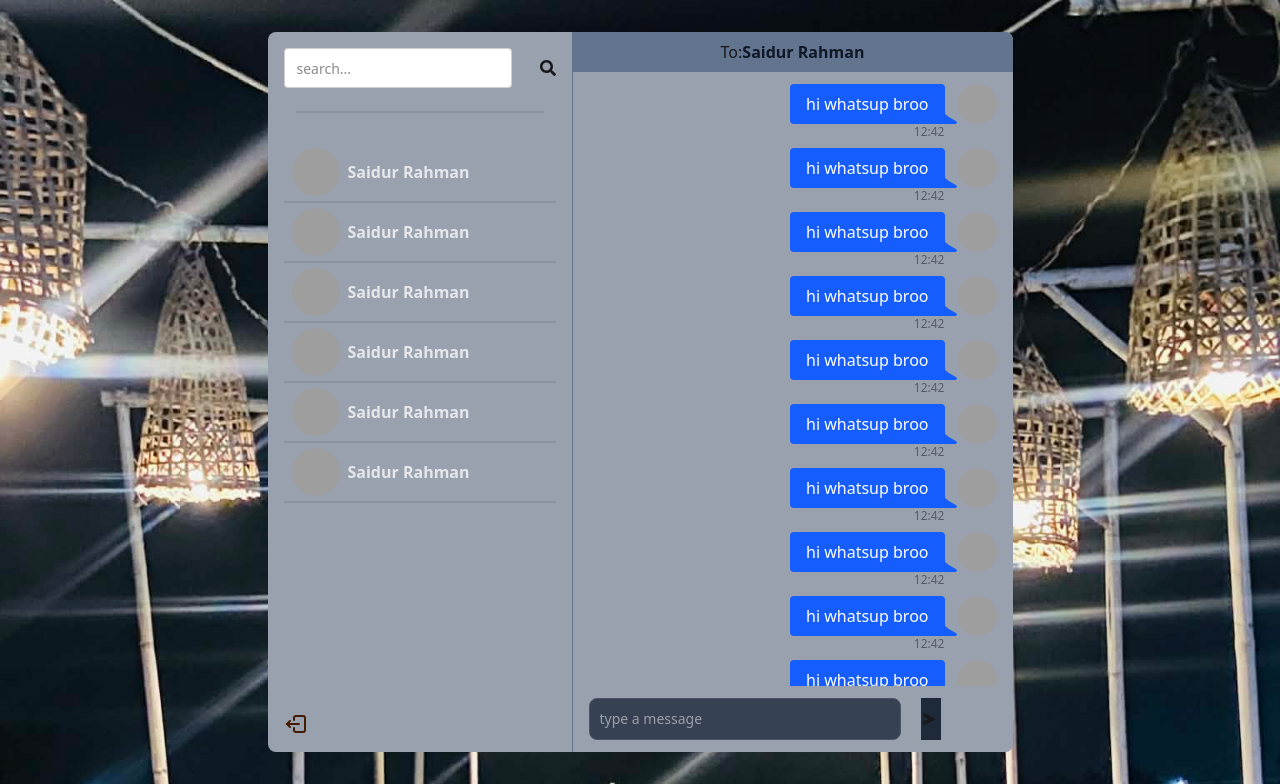
Repository: ridhukhan/chatapp
Page: / (app in frontend/)
The author's editor kept a copy of each file at every save. The page is drawn from the files as they stood at one save, then again after the next save.
The browser window is 1280 px wide. The pictures show the whole page.
Pictures or frames that could not be fetched are drawn as grey boxes. An inner scrolling area shows only its first screen. Backgrounds fixed to the window are drawn as part of the page. The project was rebuilt for these pictures with package versions that can differ from the ones it lists, and the page was loaded fresh each time. Also part of the build but not shown: frontend/vite.config.js, frontend/src/Pages/login/Login.jsx, frontend/src/Pages/signup/GendarCheckbox.jsx, frontend/src/Pages/signup/SignUp.jsx.

Above is the page before, as saved 2025-12-25 19:19:53.

### frontend/src/index.css
@import "tailwindcss";
@plugin "daisyui";


body{

background-image: url("/bg1.jpeg");
background-repeat: no-repeat;
background-size: cover;
background-position: center;
background-attachment: fixed;
}

### frontend/src/App.jsx

import './App.css'
import Home from './Pages/home/Home'
import Login from './Pages/login/Login'
import SignUp from './Pages/signup/SignUp'

function App() {

  return (
    <div className='p-4 h-screen flex items-center justify-center'>
<Home/>
    </div>
  )
}

export default App

### frontend/src/Pages/home/Home.jsx
import React from 'react'
import Sidebar from '../../Components/sidebar/Sidebar'
import MessageContainer from '../../Components/messages/MessageContainer'

const Home = () => {
  return (
    <div className='bg-gray-400 bg-clip-padding backdrop-filter backdrop-blur-lg bg-opacity-o  flex  rounded-lg overflow-hidden'>




      <Sidebar/>
      <MessageContainer/>
    </div>
  )
}

export default Home

### frontend/src/Components/sidebar/Sidebar.jsx
import React from 'react'
import SearchInput from './SearchInput'
import Conversations from './Conversations'
import Logoutbtn from './Logoutbtn'

const Sidebar = () => {
  return (
    <div className='border-r border-slate-500 p-4 flex flex-col'>
<SearchInput/>
<div  className='divider px-3'></div>
<Conversations/>


<Logoutbtn/>
    </div>
  )
}

export default Sidebar

### frontend/src/Components/messages/MessageContainer.jsx
import React from 'react'
import Messages from './Messages'
import MessageInput from './MessageInput'

const MessageContainer = () => {
  return (
    <div className='md:min-w-110 flex flex-col  h-screen'>


        <>
        <div className='bg-slate-500 px-4 py-2 mb-2'>
            <span className='label-text'>To:</span>
            <span className='text-gray-900 font-bold'>Saidur Rahman</span>
        </div>
        <Messages/>
        <MessageInput/>
        </>
    </div>
  )
}

export default MessageContainer

### frontend/src/Components/sidebar/SearchInput.jsx
import React from 'react'
import { FaSearch } from "react-icons/fa";
const SearchInput = () => {
  return (
    <form className='flex items-center gap-2'>
<input type='text' placeholder='search...' className='input input-bordered rouunded-full'/>
<button type="submit" className='ml-5 btn-circle'><FaSearch /></button>
    </form>
  )
}

export default SearchInput

### frontend/src/Components/sidebar/Conversations.jsx
import React from 'react'
import Conversation from './Conversation'

const Conversations = () => {
  return (
    <div className='py-2 flex flex-col overflow-auto'>

<Conversation/>
<Conversation/>
<Conversation/>
<Conversation/>
<Conversation/>
<Conversation/>


    </div>
  )
}

export default Conversations

### frontend/src/Components/sidebar/Logoutbtn.jsx
import React from 'react'
import { TbLogout2 } from "react-icons/tb";
const Logoutbtn = () => {
  return (
    <div className='mt-auto'>

<TbLogout2 className='w-6 h-6 text-amber-950 cursor-pointer'/>

    </div>
  )
}

export default Logoutbtn

### frontend/src/Components/messages/Messages.jsx
import React from 'react'
import Message from './Message'

const Messages = () => {
  return (
    <div className='  px-4 flex-1 overflow-y-auto'>

<Message/>
<Message/>
<Message/>
<Message/>
<Message/>
<Message/>
<Message/>
<Message/>
<Message/>
<Message/>
<Message/>
<Message/>
<Message/>
<Message/>
<Message/>
<Message/>
<Message/>
<Message/>







    </div>
  )
}

export default Messages

### frontend/src/Components/messages/MessageInput.jsx
import React from 'react'
import { BiSolidSend } from "react-icons/bi";
const MessageInput = () => {
  return (
    <form className='px-4 my-3'>

<div className='w-full flex'>
<input type="text" className='border text-sm rounded-lg block w-78 p-2.5 bg-gray-700 border-gray-600 text-white'
placeholder='type a message'/>

<button type='submit'className='ml-5  bg-gray-800 w-5 '>

<BiSolidSend />

</button>
</div>

    </form>
  )
}

export default MessageInput

### frontend/src/Components/sidebar/Conversation.jsx
import React from 'react'

const Conversation = () => {
  return (
    <>
<div className='flex gap-2 items-center hover:bg-sky-500 rounded p-2 py-1 cursor-pointer'>
<div className='avatar online'>
<div className='w-12 rounded-full'>
    <img src="https://cdn0.iconfinder.com/data/icons/communication-line-10/24/account_profile_user_contact_person_avatar_placeholder-512.png" alt="user avater" />
</div>
</div>
<div className='flex flex-col flex-1'>

    <div className='flex gap-3 justify-between'>
        <p className='font-bold text-gray-200'>Saidur Rahman</p>
        <span></span>
    </div>
</div>
</div>
<div className='divider my-0 py-0 h-1'/>


    </>
  )
}

export default Conversation

### frontend/src/Components/messages/Message.jsx
import React from 'react'

const Message = () => {
  return (
    <div className='chat chat-end'>

<div className='chat-image avatar'>
<div className='w-10 rounded-full'>
    <img src="https://cdn0.iconfinder.com/data/icons/communication-line-10/24/account_profile_user_contact_person_avatar_placeholder-512.png" alt="Tailwind css chat bubble component" />


</div>
</div>

    <div  className={'chat-bubble  text-white bg-blue-600'}>hi whatsup broo</div>
    <div  className={'chat-footer opacity-50 text-xs flex gap-1 items-center'}>12:42</div>


</div>
  )
}

export default Message

Loaded but not shown: frontend/index.html (common file); frontend/src/main.jsx (common file); frontend/src/App.css (common file)

After the next save:
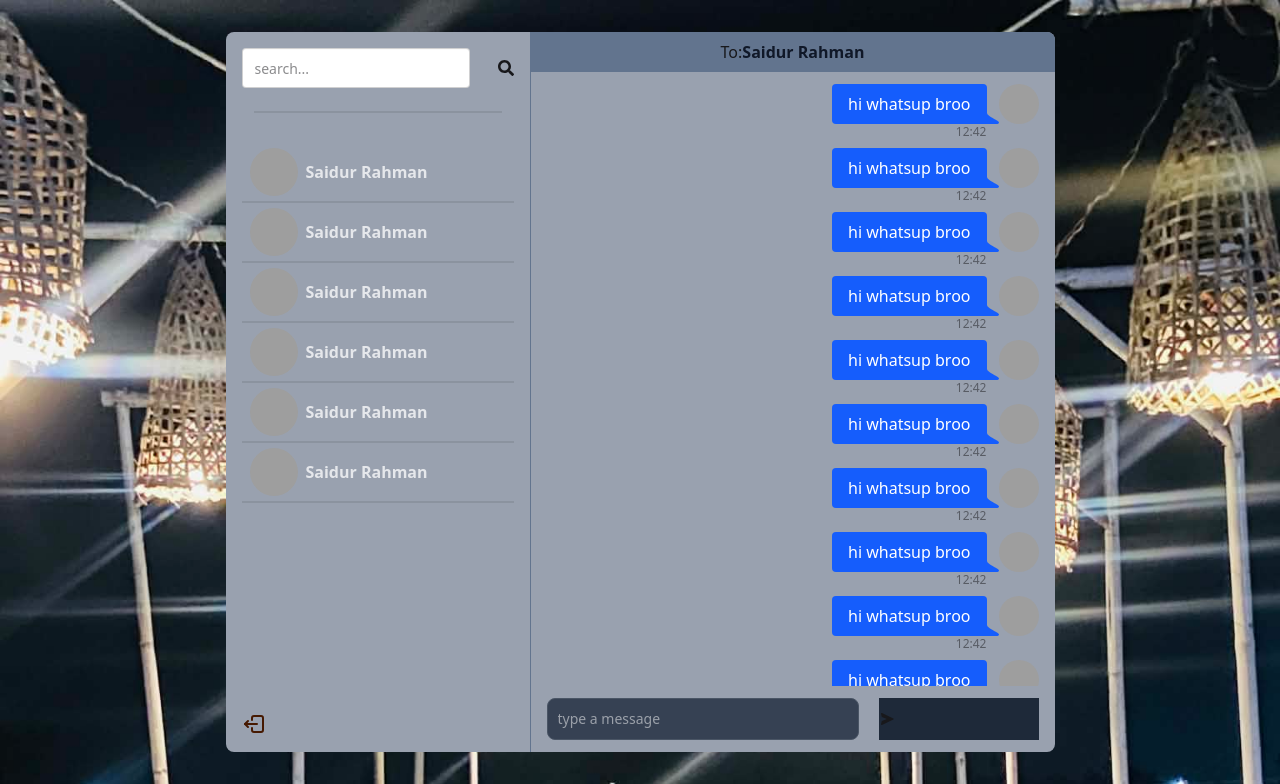
Saved 10 s later.
--- a/frontend/src/Components/messages/MessageInput.jsx
+++ b/frontend/src/Components/messages/MessageInput.jsx
@@ -8,7 +8,7 @@
 <input type="text" className='border text-sm rounded-lg block w-78 p-2.5 bg-gray-700 border-gray-600 text-white'
 placeholder='type a message'/>
 
-<button type='submit'className='ml-5  bg-gray-800 w-5 '>
+<button type='submit'className='ml-5  bg-gray-800 w-40 '>
 
 <BiSolidSend />
 

After the save that followed:
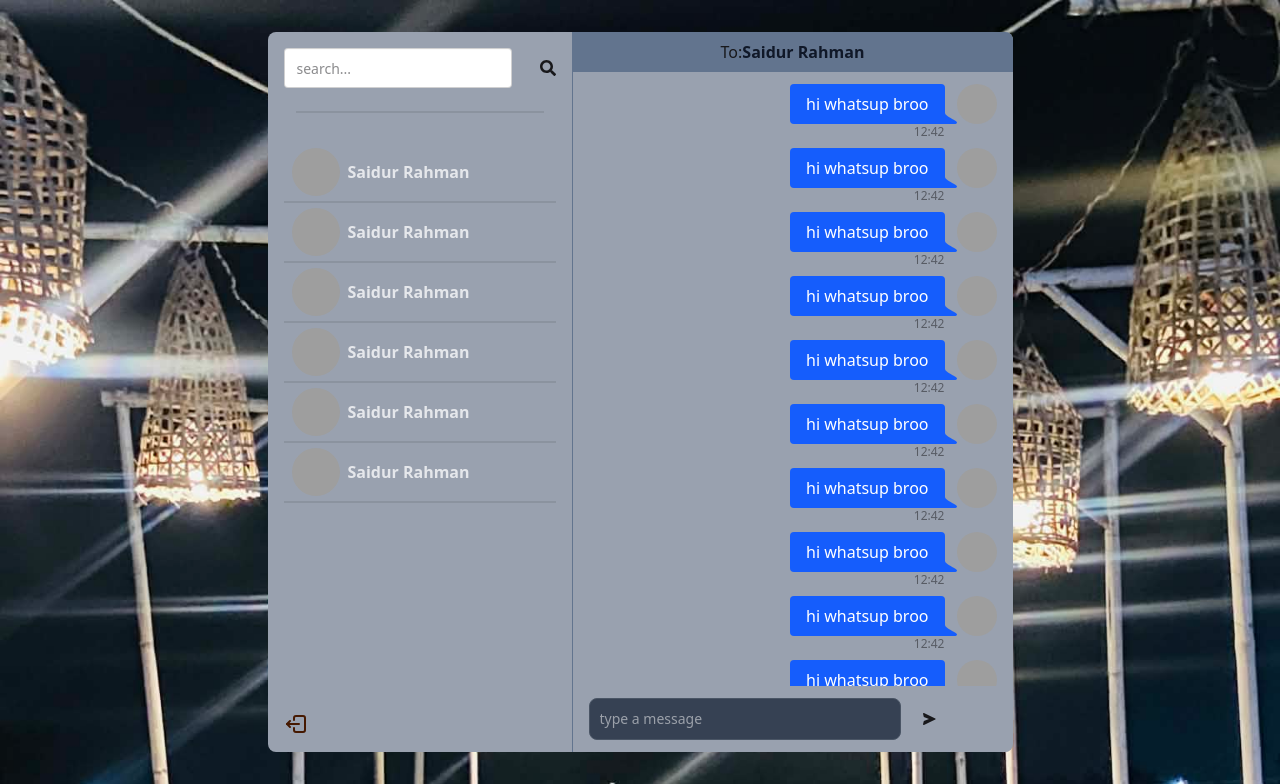
Saved 23 s later.
--- a/frontend/src/Components/messages/MessageInput.jsx
+++ b/frontend/src/Components/messages/MessageInput.jsx
@@ -8,7 +8,7 @@
 <input type="text" className='border text-sm rounded-lg block w-78 p-2.5 bg-gray-700 border-gray-600 text-white'
 placeholder='type a message'/>
 
-<button type='submit'className='ml-5  bg-gray-800 w-40 '>
+<button type='submit'className='ml-5  '>
 
 <BiSolidSend />
 
